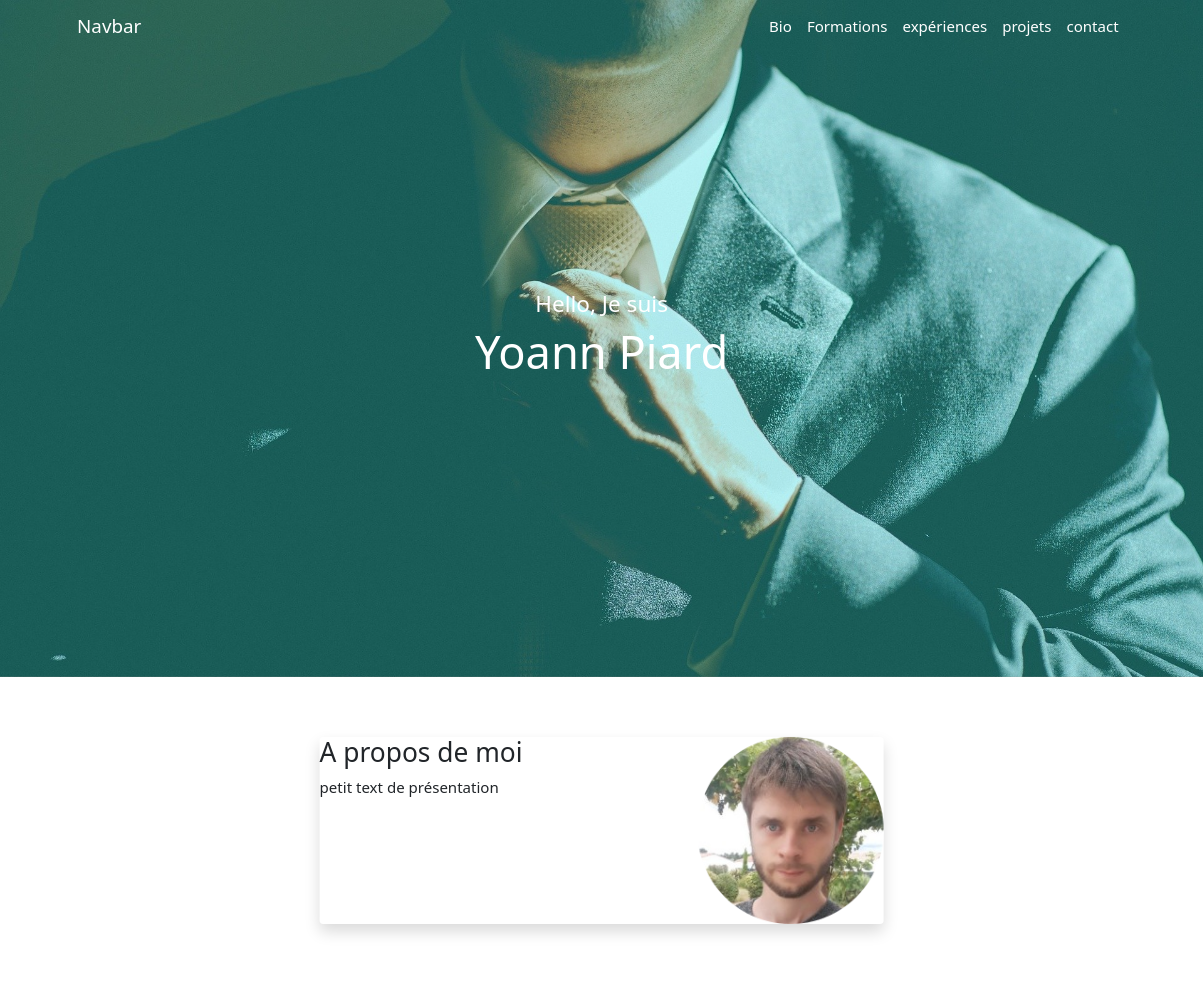
Repository: ypiard85/port-folio-bootstrap-yoann-2021
Page: index.html
An editor plug-in stored every save of this project. The page is shown before and after the next save, followed by the edit.
The browser window is 1280 px wide. The pictures show the whole page, at 94% of full size.

Above is the page before, as saved 2021-03-09 14:07:10.

After the next save:
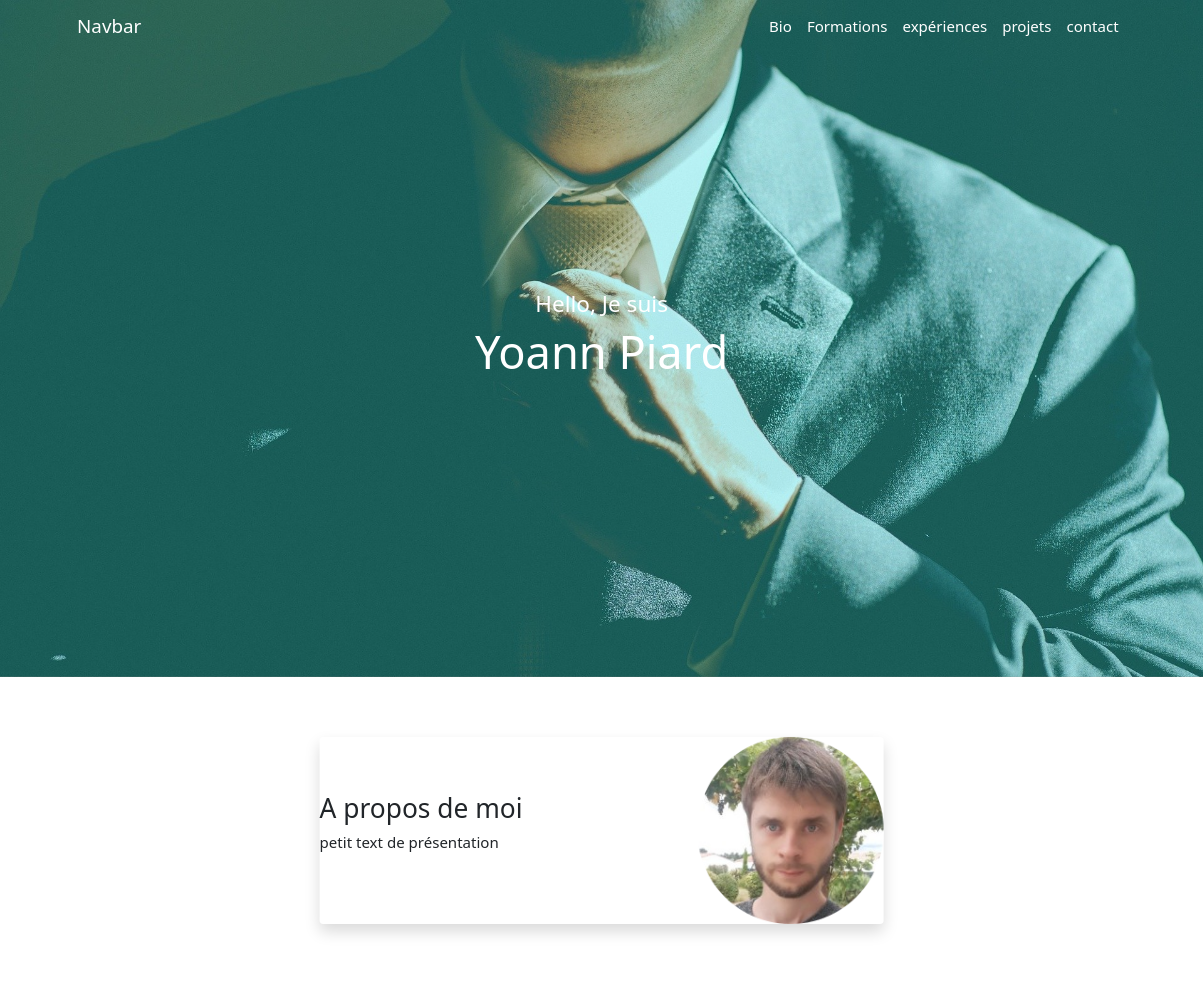
Saved 7 s later.
--- a/index.html
+++ b/index.html
@@ -46,7 +46,7 @@
           </header>
 
           <section class="about_me container p-3 mt-5 mb-5">
-                <div class="about_card shadow rounded justify-content-between align-content-center d-flex">
+                <div class="about_card shadow rounded justify-content-between align-items-center d-flex">
                     <div>
                         <h3>A propos de moi</h3>
                         <p>petit text de présentation</p>
